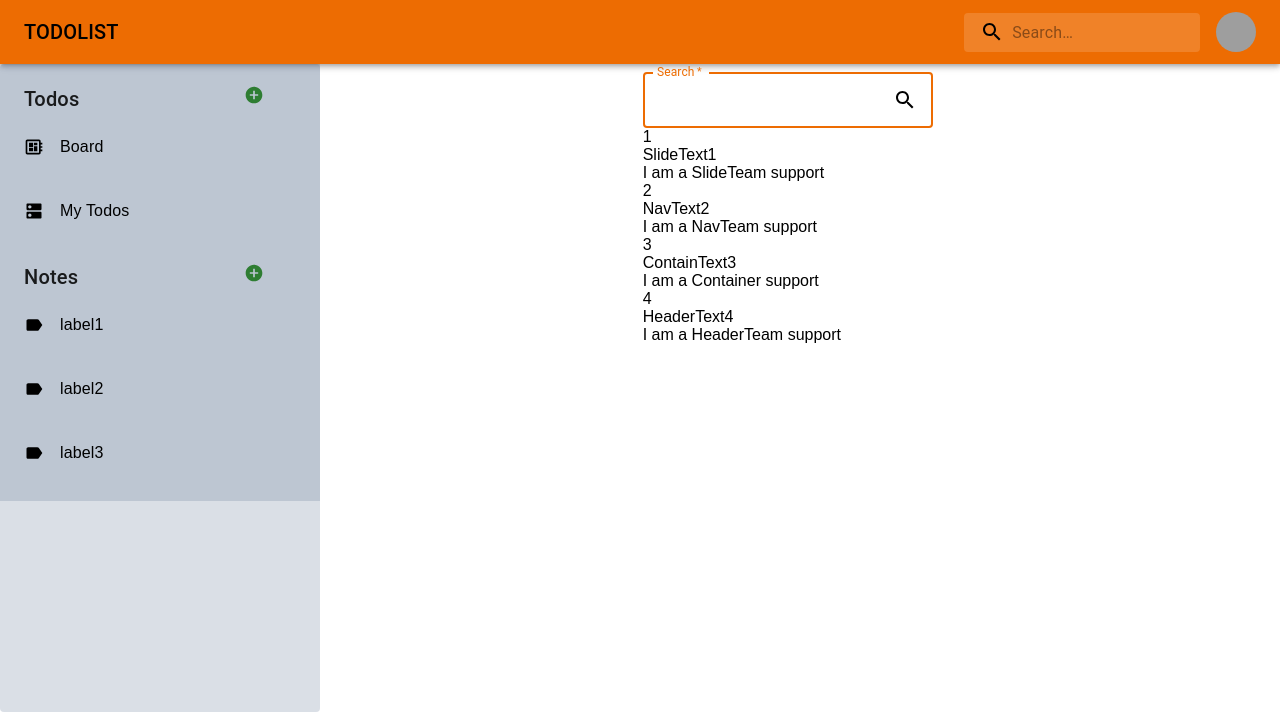
Repository: HrishrathTBS/Trackerbea
Page: / (app in client/)
The author's editor kept a copy of each file at every save. The page is drawn from the files as they stood at one save, then again after the next save.
The browser window is 1280 px wide. The pictures show the whole page.
Pictures or frames that could not be fetched are drawn as grey boxes. The project was rebuilt for these pictures with package versions that can differ from the ones it lists, and the page was loaded fresh each time. Also part of the build but not shown: client/src/components/TodoList.js, client/src/components/Board.js, client/src/components/ListOfBar.js, client/src/components/MyTodos.js, client/src/pages/Label/Label1.js, client/src/pages/Label/Label2.js, client/src/pages/Label/Label3.js.

Above is the page before, as saved 2022-03-10 17:58:26.

### client/public/index.html
<!DOCTYPE html>
<html lang="en">
  <head>
    <meta charset="utf-8" />
    <link rel="icon" href="%PUBLIC_URL%/favicon.ico" />
    <meta name="viewport" content="width=device-width, initial-scale=1" />
    <meta name="theme-color" content="#000000" />
    <meta
      name="description"
      content="Web site created using mernboilerplate"
    />
    <link rel="apple-touch-icon" href="%PUBLIC_URL%/logo192.png" />
    <!--
      manifest.json provides metadata used when your web app is installed on a
      user's mobile device or desktop. See https://developers.google.com/web/fundamentals/web-app-manifest/
    -->
    <link rel="manifest" href="%PUBLIC_URL%/manifest.json" />
    <!--
      Notice the use of %PUBLIC_URL% in the tags above.
      It will be replaced with the URL of the `public` folder during the build.
      Only files inside the `public` folder can be referenced from the HTML.

      Unlike "/favicon.ico" or "favicon.ico", "%PUBLIC_URL%/favicon.ico" will
      work correctly both with client-side routing and a non-root public URL.
      Learn how to configure a non-root public URL by running `npm run build`.
    -->
    <title>MERN App</title>
  </head>
  <body>
    <noscript>You need to enable JavaScript to run this app.</noscript>
    <div id="root"></div>
    <!--
      This HTML file is a template.
      If you open it directly in the browser, you will see an empty page.

      You can add webfonts, meta tags, or analytics to this file.
      The build step will place the bundled scripts into the <body> tag.

      To begin the development, run `npm start` or `yarn start`.
      To create a production bundle, use `npm run build` or `yarn build`.
    -->
  </body>
</html>

### client/src/App.js
import React from 'react';
import { BrowserRouter } from 'react-router-dom';
import AppRoutes from './UseRoutes';
import './App.css';
const App = () => {
  return (
    <>
      <BrowserRouter>{<AppRoutes />}</BrowserRouter>
    </>
  );
};

export default App;

### client/src/UseRoutes.js
import React from 'react';
import { useRoutes } from 'react-router-dom';
import Board from './components/Board';
import Layout from './components/Layout';
import MyTodos from './components/MyTodos';
import Label1 from './pages/Label/Label1';
import Label2 from './pages/Label/Label2';
import Label3 from './pages/Label/Label3';
const AppRoutes = () => {
  return useRoutes([
    {
      path: '',
      element: <Layout />,
      children: [
        {
          path: 'board',
          element: <Board />,
        },
        {
          path: 'mytodos',
          element: <MyTodos />,
        },
        {
          path: 'label1',
          element: <Label1 />,
        },
        {
          path: 'label2',
          element: <Label2 />,
        },
        {
          path: 'label3',
          element: <Label3 />,
        },
      ],
    },
  ]);
};

export default AppRoutes;

### client/src/App.css
* {
  padding: 0%;
  margin: 0%;
  box-sizing: border-box;
  font-family: sans-serif;
}

### client/src/components/Layout.js
import React from 'react';
import { Outlet } from 'react-router-dom';
import Filter from './Filter';
import Header from './Header';
import SideBar from './SideBar';

const Layout = () => {
  return (
    <>
      <Header />
      <div style={{ display: 'flex', justifyContent: 'right' }}>
        <SideBar />
        {<Outlet />}
        <Filter />
      </div>
    </>
  );
};

export default Layout;

### client/src/components/Filter.js
import { Box, Grid, TextField } from '@mui/material';
import React, { useState } from 'react';
import { teams_data } from './LabelData';
import SearchIcon from '@mui/icons-material/Search';
const Filter = () => {
  const [teams, setTeams] = useState([...teams_data]);
  const [search, setSearch] = useState('');

  const handleChange = (e) => {
    const test = teams.filter((team) => {
      return (
        team.HeaderText.toLowerCase().toUpperCase().includes(e.target.value.toLowerCase()) ||
        team.NotesText.toLowerCase().includes(e.target.value.toLowerCase()) ||
        team.TitleText.toLowerCase().includes(e.target.value.toLowerCase())
      );
    });
    setTeams(test);
    setSearch(e.target.value);
  };

  return (
    <>
      <Grid container justifyContent='center' m={1}>
        <Grid item xs={4}>
          <Box sx={{ display: 'flex', alignItems: 'center' }}>
            <TextField autoComplete='text' value={search} color='warning' variant='outlined' fullWidth id='search' label='Search' onChange={handleChange} autoFocus required />
            <SearchIcon sx={{ position: 'relative', right: '40px' }} />
          </Box>
          {teams.map((team) => (
            <>
              <p>{team.HeaderText}</p>
              <p>{team.TitleText}</p>
              <p>{team.NotesText}</p>
            </>
          ))}
        </Grid>
      </Grid>
    </>
  );
};

export default Filter;

### client/src/components/Header.js
import * as React from 'react';
import AppBar from '@mui/material/AppBar';
import Box from '@mui/material/Box';
import Toolbar from '@mui/material/Toolbar';
import IconButton from '@mui/material/IconButton';
import Typography from '@mui/material/Typography';
import Menu from '@mui/material/Menu';
import MenuIcon from '@mui/icons-material/Menu';
import Container from '@mui/material/Container';
import Avatar from '@mui/material/Avatar';
import Tooltip from '@mui/material/Tooltip';
import MenuItem from '@mui/material/MenuItem';
import SearchIcon from '@mui/icons-material/Search';
import { styled, alpha } from '@mui/material/styles';
import { InputBase } from '@mui/material';

const pages = ['Header'];
const settings = ['Profile', 'Account', 'Dashboard', 'Logout'];

const Search = styled('div')(({ theme }) => ({
  position: 'relative',
  borderRadius: theme.shape.borderRadius,
  backgroundColor: alpha(theme.palette.common.white, 0.15),
  '&:hover': {
    backgroundColor: alpha(theme.palette.common.white, 0.25),
  },
  marginRight: theme.spacing(2),
  marginLeft: 0,
  width: '100%',
  [theme.breakpoints.up('sm')]: {
    marginLeft: theme.spacing(3),
    width: 'auto',
  },
}));
const SearchIconWrapper = styled('div')(({ theme }) => ({
  padding: theme.spacing(0, 2),
  height: '100%',
  position: 'absolute',
  pointerEvents: 'none',
  color: 'black',
  display: 'flex',
  alignItems: 'center',
  justifyContent: 'center',
}));
const StyledInputBase = styled(InputBase)(({ theme }) => ({
  color: 'black',
  '& .MuiInputBase-input': {
    padding: theme.spacing(1, 1, 1, 0),
    paddingLeft: `calc(1em + ${theme.spacing(4)})`,
    transition: theme.transitions.create('width'),
    width: '100%',
    [theme.breakpoints.up('md')]: {
      width: '20ch',
    },
  },
}));

const Header = () => {
  const [anchorElNav, setAnchorElNav] = React.useState(null);
  const [anchorElUser, setAnchorElUser] = React.useState(null);

  const handleOpenNavMenu = (event) => {
    setAnchorElNav(event.currentTarget);
  };
  const handleOpenUserMenu = (event) => {
    setAnchorElUser(event.currentTarget);
  };

  const handleCloseNavMenu = () => {
    setAnchorElNav(null);
  };

  const handleCloseUserMenu = () => {
    setAnchorElUser(null);
  };

  return (
    <AppBar position='static' color='warning'>
      <Container maxWidth='xl'>
        <Toolbar disableGutters>
          <Typography variant='h6' noWrap component='div' sx={{ mr: 2, display: { xs: 'none', md: 'flex', color: 'black' } }}>
            TODOLIST
          </Typography>
          <Box sx={{ flexGrow: 1, display: { xs: 'flex', md: 'none' } }}>
            <IconButton size='large' aria-label='account of current user' aria-controls='menu-appbar' aria-haspopup='true' onClick={handleOpenNavMenu} color='inherit'>
              <MenuIcon />
            </IconButton>
            <Menu
              id='menu-appbar'
              anchorEl={anchorElNav}
              anchorOrigin={{
                vertical: 'bottom',
                horizontal: 'left',
              }}
              keepMounted
              transformOrigin={{
                vertical: 'top',
                horizontal: 'left',
              }}
              open={Boolean(anchorElNav)}
              onClose={handleCloseNavMenu}
              sx={{
                display: { xs: 'block', md: 'none' },
              }}
            >
              {pages.map((page) => (
                <MenuItem key={page} onClick={handleCloseNavMenu}>
                  <Typography textAlign='center'>{page}</Typography>
                </MenuItem>
              ))}
            </Menu>
          </Box>

          <Typography variant='h6' noWrap component='div' sx={{ flexGrow: 1, display: { xs: 'flex', md: 'none' } }}>
            TODOLIST
          </Typography>
          <Box sx={{ flexGrow: 1, display: { xs: 'none', md: 'flex' } }}></Box>
          <Search>
            <SearchIconWrapper>
              <SearchIcon />
            </SearchIconWrapper>
            <StyledInputBase placeholder='Search…' inputProps={{ 'aria-label': 'search' }} />
          </Search>
          <Box sx={{ flexGrow: 0 }}>
            <Tooltip title='Open settings'>
              <IconButton onClick={handleOpenUserMenu} sx={{ p: 0 }}>
                <Avatar alt='Remy Sharp' src='/static/images/avatar/2.jpg' />
              </IconButton>
            </Tooltip>
            <Menu
              sx={{ mt: '45px' }}
              id='menu-appbar'
              anchorEl={anchorElUser}
              anchorOrigin={{
                vertical: 'top',
                horizontal: 'right',
              }}
              keepMounted
              transformOrigin={{
                vertical: 'top',
                horizontal: 'right',
              }}
              open={Boolean(anchorElUser)}
              onClose={handleCloseUserMenu}
            >
              {settings.map((setting) => (
                <MenuItem key={setting} onClick={handleCloseUserMenu}>
                  <Typography textAlign='center'>{setting}</Typography>
                </MenuItem>
              ))}
            </Menu>
          </Box>
        </Toolbar>
      </Container>
    </AppBar>
  );
};
export default Header;

### client/src/components/SideBar.js
import * as React from 'react';
import Box from '@mui/material/Box';
import { styled, ThemeProvider, createTheme } from '@mui/material/styles';
import Divider from '@mui/material/Divider';
import List from '@mui/material/List';
import Paper from '@mui/material/Paper';
import ListItem from './ListItem';
import People from '@mui/icons-material/People';
import Dns from '@mui/icons-material/Dns';
import LabelIcon from '@mui/icons-material/Label';
import DeveloperBoardIcon from '@mui/icons-material/DeveloperBoard';
const FireNav = styled(List)({
  '& .MuiListItemButton-root': {
    paddingLeft: 24,
    paddingRight: 24,
  },
  '& .MuiListItemIcon-root': {
    minWidth: 0,
    marginRight: 16,
  },
  '& .MuiSvgIcon-root': {
    fontSize: 20,
  },
});

export default function CustomizedList() {
  const [open, setOpen] = React.useState(true);

  const DataItem = [
    {
      label: 'Todos',
      data: [
        { icon: <DeveloperBoardIcon />, label: 'Board', link: '/board' },
        { icon: <Dns />, label: 'My Todos ', link: '/mytodos' },
      ],
    },
    {
      label: 'Notes',
      data: [
        { icon: <LabelIcon />, label: 'label1', link: '/label1' },
        { icon: <LabelIcon />, label: 'label2 ', link: '/label2' },
        { icon: <LabelIcon />, label: 'label3 ', link: '/label3' },
      ],
    },
  ];

  return (
    <Box sx={{ display: 'flex', height: '90vh' }}>
      <ThemeProvider
        theme={createTheme({
          components: {
            MuiListItemButton: {
              defaultProps: {
                disableTouchRipple: true,
              },
            },
          },
          palette: {
            background: { paper: 'rgba(71, 98, 130, 0.2)' },
          },
        })}
      >
        <Paper elevation={0} sx={{ maxWidth: 370 }}>
          <FireNav component='nav' disablePadding>
            <Divider />
            <Box
              sx={{
                bgcolor: open ? 'rgba(71, 98, 130, 0.2)' : null,
                pb: open ? 2 : 0,
              }}
            >
              {DataItem.map(({ data, label }) => (
                <ListItem data={data} label={label} />
              ))}
            </Box>
          </FireNav>
        </Paper>
      </ThemeProvider>
    </Box>
  );
}

### client/src/components/LabelData.js
// export const teams_data = ['raju', 'ahesan', 'rishabh', 'khodu', 'parsan'];
export const teams_data = [
  {
    HeaderText: '1',
    TitleText: 'SlideText1',
    NotesText: 'I am a SlideTeam support',
  },
  {
    HeaderText: '2',
    TitleText: 'NavText2',
    NotesText: 'I am a NavTeam support',
  },
  {
    HeaderText: '3',
    TitleText: 'ContainText3',
    NotesText: 'I am a Container support',
  },
  {
    HeaderText: '4',
    TitleText: 'HeaderText4',
    NotesText: 'I am a HeaderTeam support',
  },
];

### client/src/components/ListItem.js
import { Box, ListItemIcon, ListItemText } from '@mui/material';
import ListItemButton from '@mui/material/ListItemButton';
import AddCircleIcon from '@mui/icons-material/AddCircle';
import KeyboardArrowDown from '@mui/icons-material/KeyboardArrowDown';
import React from 'react';

const ListItem = ({ data, label }) => {
  const [open, setOpen] = React.useState(true);
  return (
    <>
      <ListItemButton
        alignItems='flex-start'
        sx={{
          px: 3,
          pt: 2.5,
          pb: open ? 0 : 2.5,
          '&:hover, &:focus': { '& svg': { opacity: open ? 1 : 1 } },
        }}
      >
        <ListItemText
          primary={label}
          primaryTypographyProps={{
            fontSize: 20,
            width: '220px',
            fontWeight: 'medium',
            lineHeight: '20px',
            mb: '2px',
          }}
        />
        <AddCircleIcon color='success' />
        <KeyboardArrowDown
          onClick={() => setOpen(!open)}
          sx={{
            opacity: 1,
            px: 2,
            transform: open ? 'rotate(-180deg)' : 'rotate(0)',
            transition: '0.5s',
          }}
        />
      </ListItemButton>
      <Box>
        {open &&
          data &&
          data.map((item) => (
            <ListItemButton key={item.label} sx={{ py: 2, minHeight: 32, color: 'rgba(0,0,0,1)', justifyContent: 'flex-start' }}>
              <ListItemIcon sx={{ color: 'inherit' }}>{item.icon}</ListItemIcon>
              <ListItemText>
                <a href={item.link} style={{ textDecoration: 'none', color: 'black' }}>
                  {item.label}
                </a>
              </ListItemText>
            </ListItemButton>
          ))}
      </Box>
    </>
  );
};
export default ListItem;

Loaded but not shown: client/src/index.js (common file)

After the next save:
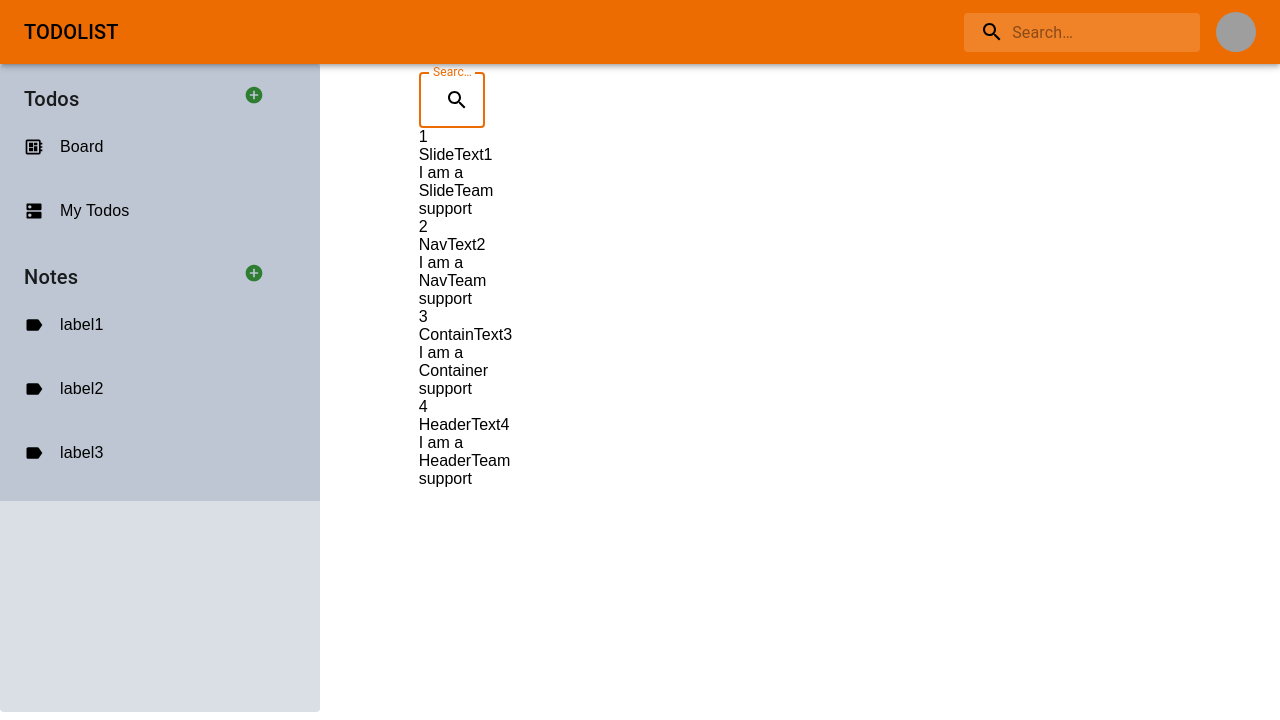
Saved 94 s later.
--- a/client/src/components/Layout.js
+++ b/client/src/components/Layout.js
@@ -8,10 +8,12 @@ const Layout = () => {
   return (
     <>
       <Header />
-      <div style={{ display: 'flex', justifyContent: 'right' }}>
+      <div style={{ display: 'flex' }}>
         <SideBar />
-        {<Outlet />}
-        <Filter />
+        <div style={{ display: 'flex' }}>
+          {<Outlet />}
+          <Filter />
+        </div>
       </div>
     </>
   );
